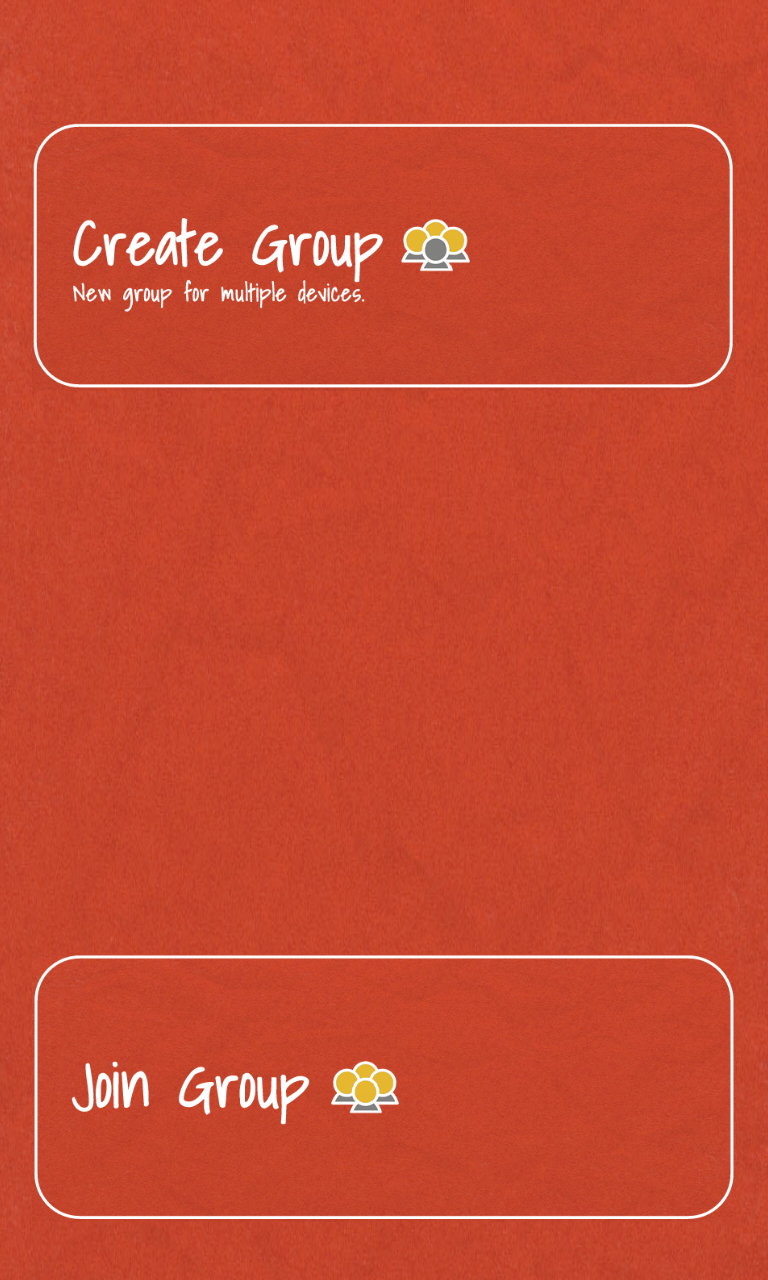
Repository: imhossu/FeedJulia
Layout: FeedJulia/res/layout/activity_start_screen.xml
The author's editor kept a copy of each file at every save. The layout is drawn from the files as they stood at one save, then again after the next save.
It is drawn on a 768 x 1280 px phone screen (xhdpi) without system bars, with theme android:Theme.NoTitleBar; the app's code is not run.

Above is the layout before, as saved 2014-01-26 05:30:17.

### FeedJulia/res/layout/activity_start_screen.xml
<LinearLayout xmlns:android="http://schemas.android.com/apk/res/android"
    xmlns:tools="http://schemas.android.com/tools"
    android:id="@+id/mainLayout"
    android:layout_width="match_parent"
    android:layout_height="match_parent"
    android:orientation="vertical"
    android:background="@drawable/red"
    android:paddingBottom="@dimen/activity_vertical_margin"
    android:paddingLeft="@dimen/activity_horizontal_margin"
    android:paddingRight="@dimen/activity_horizontal_margin"
    android:paddingTop="@dimen/activity_vertical_margin"
    tools:context=".StartScreen"
    android:weightSum="100" >

    <ImageView
        android:id="@+id/passThePhone"
        android:layout_width="wrap_content"
        android:layout_height="0dp"
        android:layout_weight="25"
        android:src="@drawable/passthephone" />

    <ImageView
        android:id="@+id/createGroup"
        android:layout_width="wrap_content"
        android:layout_height="wrap_content"
        android:src="@drawable/creategroup" />

    <ImageView
        android:id="@+id/joinGroup"
        android:layout_width="wrap_content"
        android:layout_height="match_parent"
        android:src="@drawable/joingroup" />

</LinearLayout>

Loaded but not shown: FeedJulia/res/values/dimens.xml (common file)

After the next save:
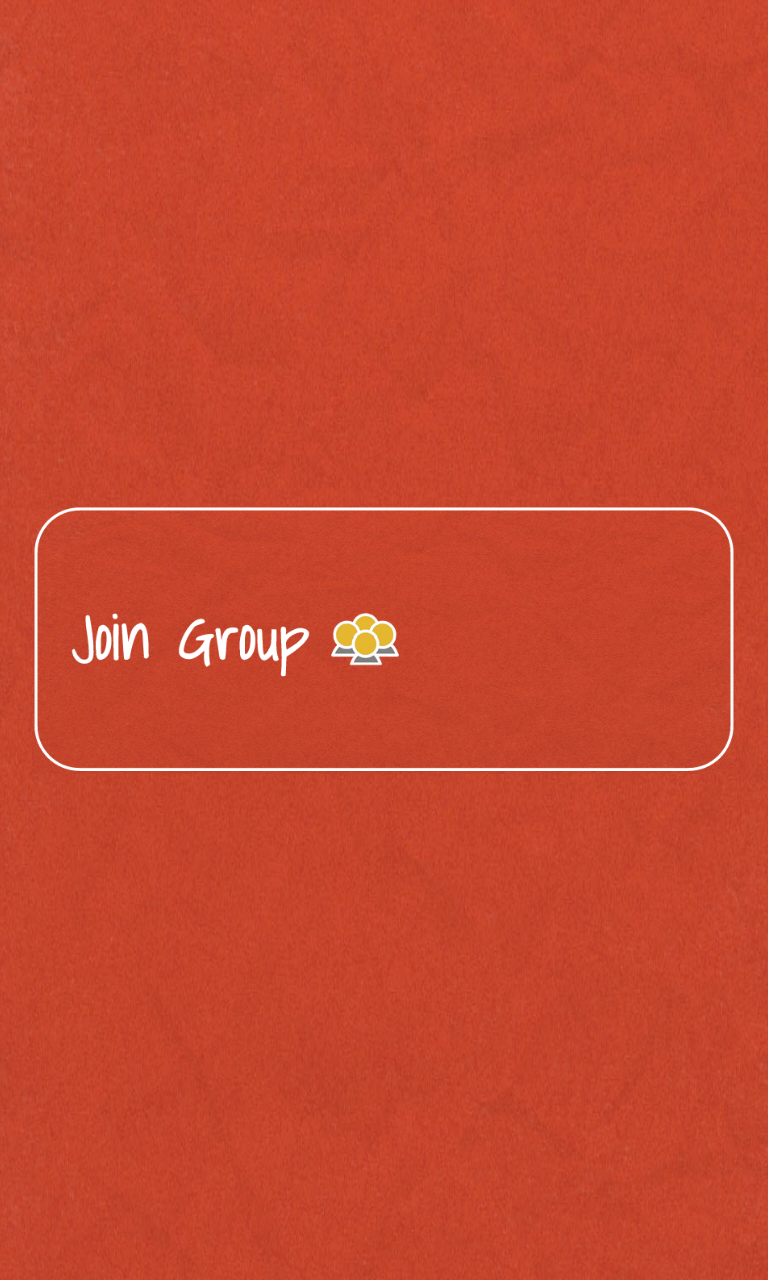
Saved 11 s later.
--- a/FeedJulia/res/layout/activity_start_screen.xml
+++ b/FeedJulia/res/layout/activity_start_screen.xml
@@ -16,13 +16,13 @@
         android:id="@+id/passThePhone"
         android:layout_width="wrap_content"
         android:layout_height="0dp"
-        android:layout_weight="25"
+        android:layout_weight="33"
         android:src="@drawable/passthephone" />
 
     <ImageView
         android:id="@+id/createGroup"
         android:layout_width="wrap_content"
-        android:layout_height="wrap_content"
+        android:layout_height="0dp"
         android:src="@drawable/creategroup" />
 
     <ImageView
